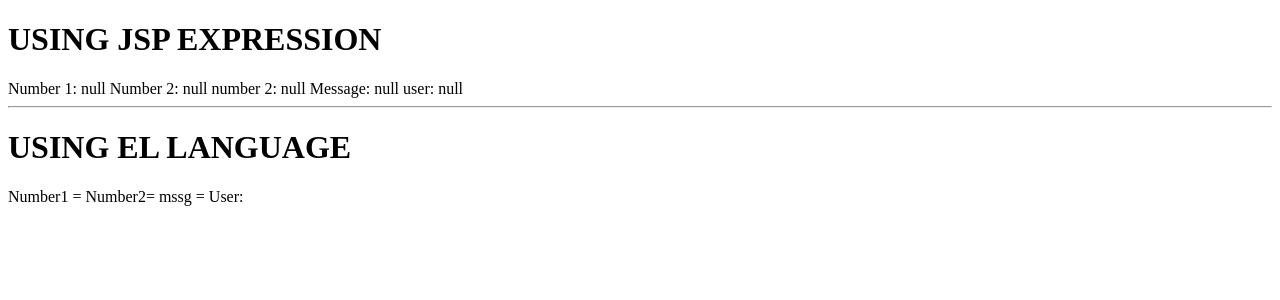
Repository: yash112021/Cdac_lab_Work
Page: http://localhost/JSPProject2/showdata.jsp
The author's editor kept a copy of each file at every save. The page is drawn from the files as they stood at one save, then again after the next save.
The browser window is 1280 px wide. The pictures show the whole page.
The page is served by Tomcat 9.

Above is the page before, as saved 2025-11-28 20:09:55.

### 250845920104_Advance_java/Day8_28_11_25/Day7_28_11_25/JSPProject2/src/main/webapp/showdata.jsp
<%@ page language="java" contentType="text/html; charset=ISO-8859-1"
    pageEncoding="ISO-8859-1"%>
<!DOCTYPE html>
<html>
<head>
<meta charset="ISO-8859-1">
<title>Insert title here</title>
</head>
<body>
<h1>USING JSP EXPRESSION</h1>
Number 1: <%=session.getAttribute("num1") %>
Number 2: <%=request.getParameter("num2") %>
number 2: <%=request.getParameter("n2") %>
Message: <%=request.getParameter("msg1") %>
user: <%=session.getAttribute("usr") %>


<hr>

<h1>USING EL LANGUAGE</h1>
Number1 = ${param.num1 }
Number2= ${param.num2 }
mssg = ${param.msg1}
User: ${param.usr }
</body>
</html>

After the next save:
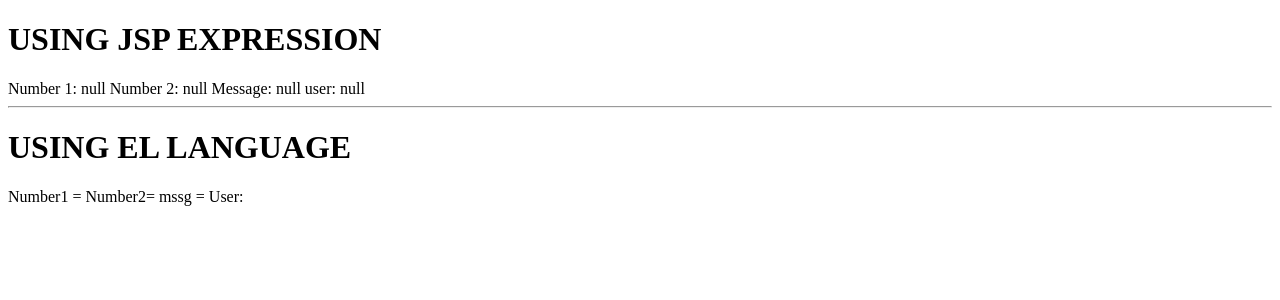
Saved 8 s later.
--- a/250845920104_Advance_java/Day8_28_11_25/Day7_28_11_25/JSPProject2/src/main/webapp/showdata.jsp
+++ b/250845920104_Advance_java/Day8_28_11_25/Day7_28_11_25/JSPProject2/src/main/webapp/showdata.jsp
@@ -10,7 +10,7 @@
 <h1>USING JSP EXPRESSION</h1>
 Number 1: <%=session.getAttribute("num1") %>
 Number 2: <%=request.getParameter("num2") %>
-number 2: <%=request.getParameter("n2") %>
+
 Message: <%=request.getParameter("msg1") %>
 user: <%=session.getAttribute("usr") %>
 
